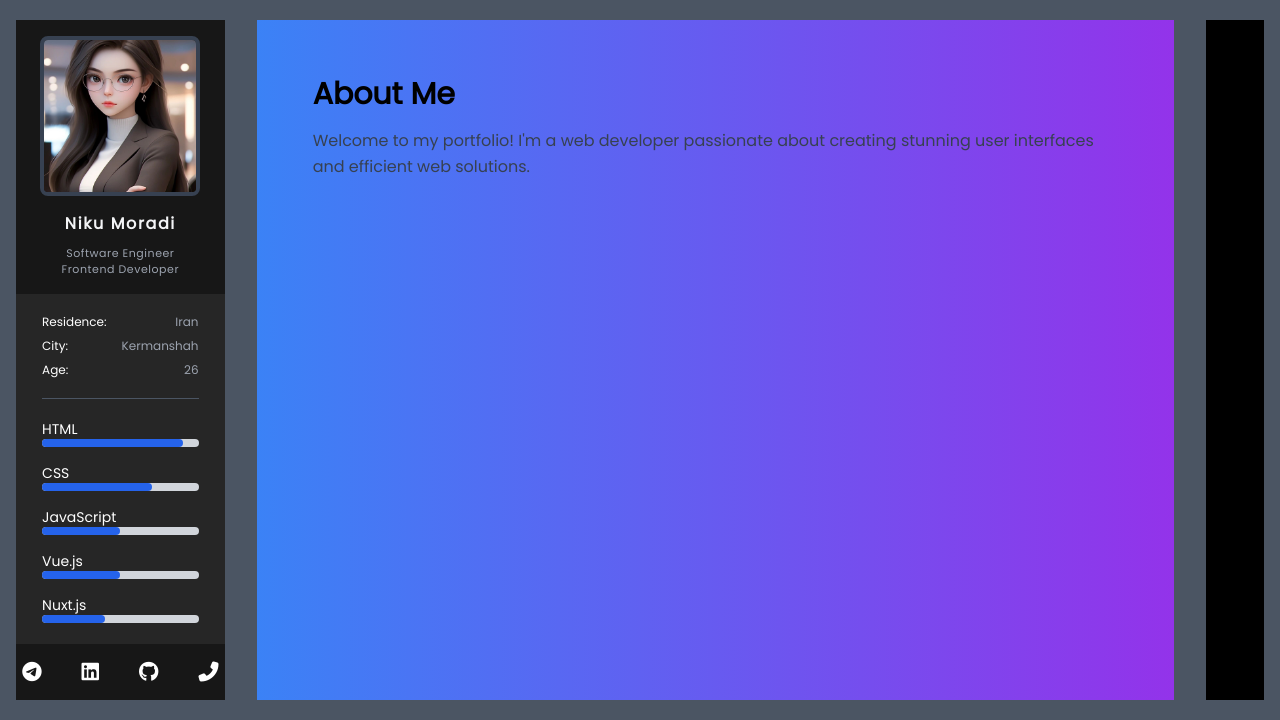
Repository: NikuMoradi/niku-moradi
Page: /
The author's editor kept a copy of each file at every save. The page is drawn from the files as they stood at one save, then again after the next save.
The browser window is 1280 px wide. The pictures show the whole page.
The project was rebuilt for these pictures with package versions that can differ from the ones it lists, and the page was loaded fresh each time. The framework's server and built-in components were replaced by stand-ins that run in the browser. Also part of the build but not shown: nuxt.config.ts, components/Blog Posts/Component-Design.vue, components/Blog.vue, components/Contact.vue, components/Education.vue, components/Experience.vue, components/Hero.vue, components/Menu.vue and 3 more.

Above is the page before, as saved 2024-11-29 12:22:04.

### assets/css/main.css
@tailwind base;
@tailwind components;
@tailwind utilities;

body {
  /* From https://css.glass */
  background: #ffffff;
  font-family: "Poppins", sans-serif;
}

@layer utilities {
}

### components/LeftPanel.vue
<template>
  <div
    class="bg-neutral-800 text-white w-72 flex flex-col items-center"
    style="height: calc(100vh - 40px)"
  >
    <!-- Header-->
    <div
      class="w-full py-4 flex flex-col items-center justify-center bg-neutral-900"
    >
      <img
        src="../assets/img/photo_2024-11-28_10-37-05.jpg"
        alt="Profile Picture"
        class="w-40 h-40 mb-5 rounded-lg border-4 border-gray-700 object-cover object-center"
      />
      <h2
        class="text-gray-100 text-[16px] font-semibold tracking-widest leading-[16.8px] mb-3"
      >
        Niku Moradi
      </h2>
      <p
        class="text-gray-400 text-[11px] font-light tracking-wider leading-[16.5px]"
      >
        Software Engineer
      </p>
      <p
        class="text-gray-400 text-[11px] font-light tracking-wider leading-[16.5px]"
      >
        Frontend Developer
      </p>
    </div>

    <div class="w-3/4 flex flex-col overflow-y-auto scrollbar-hide">
      <!-- table -->
      <div class="py-5 text-xs border-b border-gray-600 mb-5">
        <ul class="space-y-2">
          <li class="flex justify-between">
            <h6>Residence:</h6>
            <span class="text-gray-400">Iran</span>
          </li>
          <li class="flex justify-between">
            <h6>City:</h6>
            <span class="text-gray-400">Kermanshah</span>
          </li>
          <li class="flex justify-between">
            <h6>Age:</h6>
            <span class="text-gray-400">26</span>
          </li>
        </ul>
      </div>
      <!-- Skill Bars -->
      <div class="space-y-4 pb-5 border-b border-gray-600 mb-5">
        <div>
          <label class="block text-sm">HTML</label>
          <div class="w-full bg-gray-300 h-2 rounded-full">
            <div class="bg-blue-600 h-2 rounded-full w-[90%]"></div>
          </div>
        </div>
        <div>
          <label class="block text-sm">CSS</label>
          <div class="w-full bg-gray-300 h-2 rounded-full">
            <div class="bg-blue-600 h-2 rounded-full w-[70%]"></div>
          </div>
        </div>
        <div>
          <label class="block text-sm">JavaScript</label>
          <div class="w-full bg-gray-300 h-2 rounded-full">
            <div class="bg-blue-600 h-2 rounded-full w-[50%]"></div>
          </div>
        </div>
        <div>
          <label class="block text-sm">Vue.js</label>
          <div class="w-full bg-gray-300 h-2 rounded-full">
            <div class="bg-blue-600 h-2 rounded-full w-[50%]"></div>
          </div>
        </div>
        <div>
          <label class="block text-sm">Nuxt.js</label>
          <div class="w-full bg-gray-300 h-2 rounded-full">
            <div class="bg-blue-600 h-2 rounded-full w-[40%]"></div>
          </div>
        </div>
        <div>
          <label class="block text-sm">Quasar</label>
          <div class="w-full bg-gray-300 h-2 rounded-full">
            <div class="bg-blue-600 h-2 rounded-full w-[70%]"></div>
          </div>
        </div>
        <div>
          <label class="block text-sm">Tailwind</label>
          <div class="w-full bg-gray-300 h-2 rounded-full">
            <div class="bg-blue-600 h-2 rounded-full w-[60%]"></div>
          </div>
        </div>
      </div>
      <!-- General Skills -->
      <ul
        class="text-gray-400 text-[11px] font-light tracking-wider space-y-2 mb-5"
      >
        <li class="flex items-center">
          <i class="fas fa-check fa-xs text-blue-500 mr-2"></i>
          English Level B2
        </li>
        <li class="flex items-center">
          <i class="fas fa-check fa-xs text-blue-500 mr-2"></i>
          Git Knowledge
        </li>
        <li class="flex items-center">
          <i class="fas fa-check fa-xs text-blue-500 mr-2"></i>
          Design Patterns
        </li>
      </ul>
    </div>

    <!-- Social Links -->
    <div class="w-full py-4 text-center mt-auto bg-neutral-900 text-white">
      <div class="space-x-10">
        <a
          href="https://t.me/yourusername"
          target="_blank"
          class="text-white hover:text-blue-400"
        >
          <i class="fab fa-telegram fa-lg"></i>
        </a>
        <a
          href="https://linkedin.com/in/yourusername"
          target="_blank"
          class="text-white hover:text-blue-600"
        >
          <i class="fab fa-linkedin fa-lg"></i>
        </a>
        <a
          href="https://github.com/yourusername"
          target="_blank"
          class="text-white hover:text-gray-700"
        >
          <i class="fab fa-github fa-lg"></i>
        </a>
        <a href="tel:+1234567890" class="text-white hover:text-green-400">
          <i class="fas fa-phone-alt fa-lg"></i>
        </a>
      </div>
    </div>
  </div>
</template>

### components/RightPanel.vue
<template>
  <div class="bg-black w-20" style="height: calc(100vh - 40px)"></div>
</template>

### layouts/default.vue
<template>
  <div
    class="flex justify-center items-center min-h-screen bg-gray-600 px-4 space-x-8"
  >
    <LeftPanel />

    <!-- Fixed Width Centered Card -->
    <div
      class="bg-gradient-to-r from-blue-500 to-purple-600 p-6 w-full max-w-5xl overflow-hidden"
      style="height: calc(100vh - 40px)"
    >
      <!-- Scrollable Content -->
      <div class="overflow-y-auto h-full scrollbar-hide">
        <NuxtPage />
      </div>
    </div>
    <!-- Right Panel -->
    <RightPanel />
  </div>
</template>

<style>
/* Add any custom global styles here */
body {
  background: linear-gradient(to bottom, #f0f0f0, #d0d0d0);
}
</style>

### app.vue
<!-- The app.vue is just holding the layout container and serving as the root.
 The default.vue layout handles the overall structure of the page.
All content from your pages will automatically be placed inside the NuxtPage slot of the layout.-->
<template>
  <NuxtLayout />
</template>

### pages/index.vue
<template>
  <div class="p-8">
    <h1 class="text-3xl font-bold mb-4">About Me</h1>
    <p class="text-gray-700 leading-relaxed">
      Welcome to my portfolio! I'm a web developer passionate about creating
      stunning user interfaces and efficient web solutions.
    </p>
  </div>
</template>

### tailwind.config.js
/** @type {import('tailwindcss').Config} */
export default {
  content: [
    "./components/**/*.{js,vue,ts}",
    "./layouts/**/*.vue",
    "./pages/**/*.vue",
    "./plugins/**/*.{js,ts}",
    "./app.vue",
    "./error.vue",
  ],
  theme: {
    extend: {},
  },
  plugins: [require("tailwind-scrollbar-hide")],
};

Loaded but not shown: plugins/aos.client.js (no copy from this time; the picture is the same without it)

After the next save:
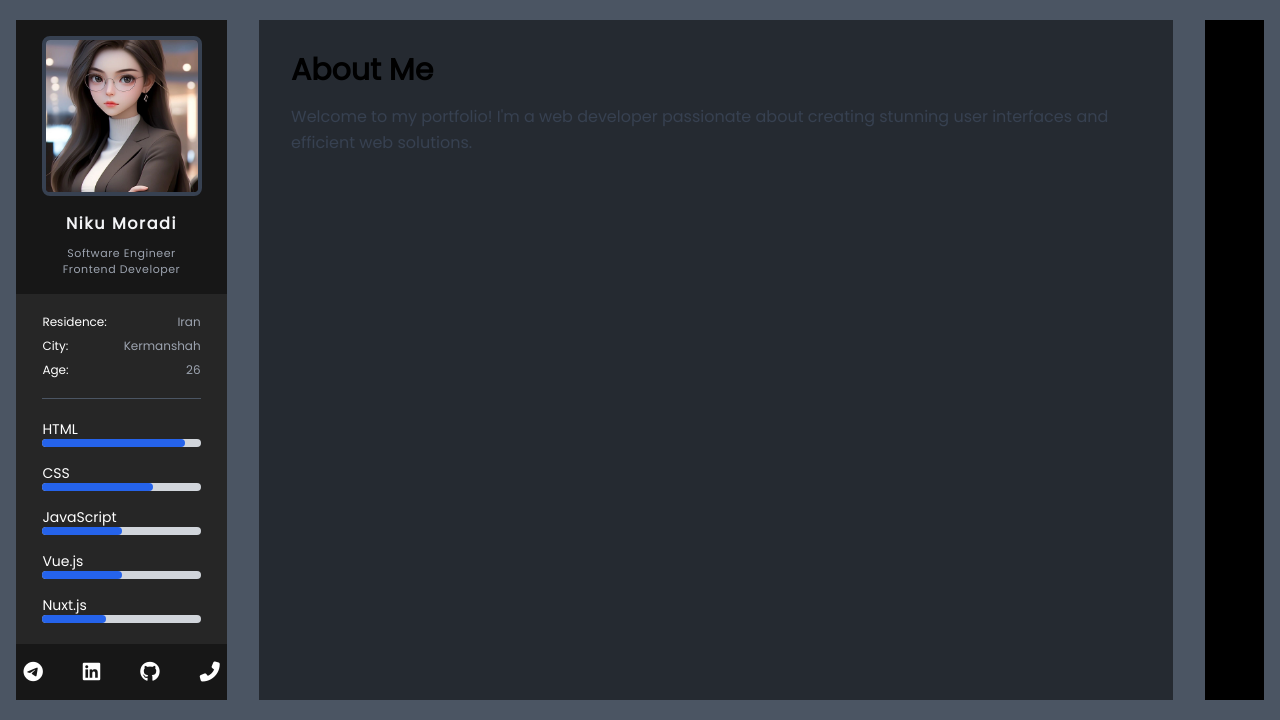
Saved 86 s later.
--- a/layouts/default.vue
+++ b/layouts/default.vue
@@ -6,7 +6,7 @@
 
     <!-- Fixed Width Centered Card -->
     <div
-      class="bg-gradient-to-r from-blue-500 to-purple-600 p-6 w-full max-w-5xl overflow-hidden"
+      class="bg-black bg-opacity-50 w-full max-w-5xl overflow-hidden"
       style="height: calc(100vh - 40px)"
     >
       <!-- Scrollable Content -->
